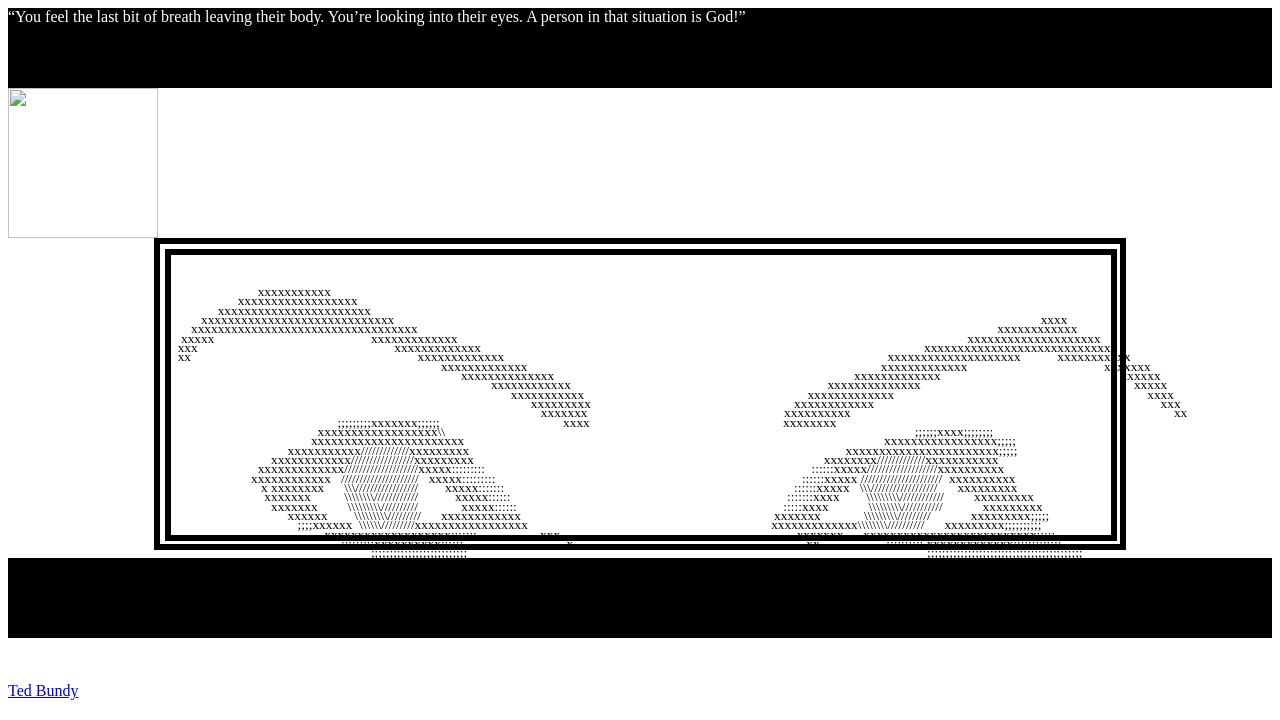
Repository: ConnyPinto/connypinto.github.io
Page: composition.html
The author's editor kept a record of every edit. The page is drawn from the files as they stood at one moment, then again after the next edit.
The browser window is 1280 px wide. The pictures show the whole page.

Above is the page before.
Not found: tedbundy.gif

After the next edit:
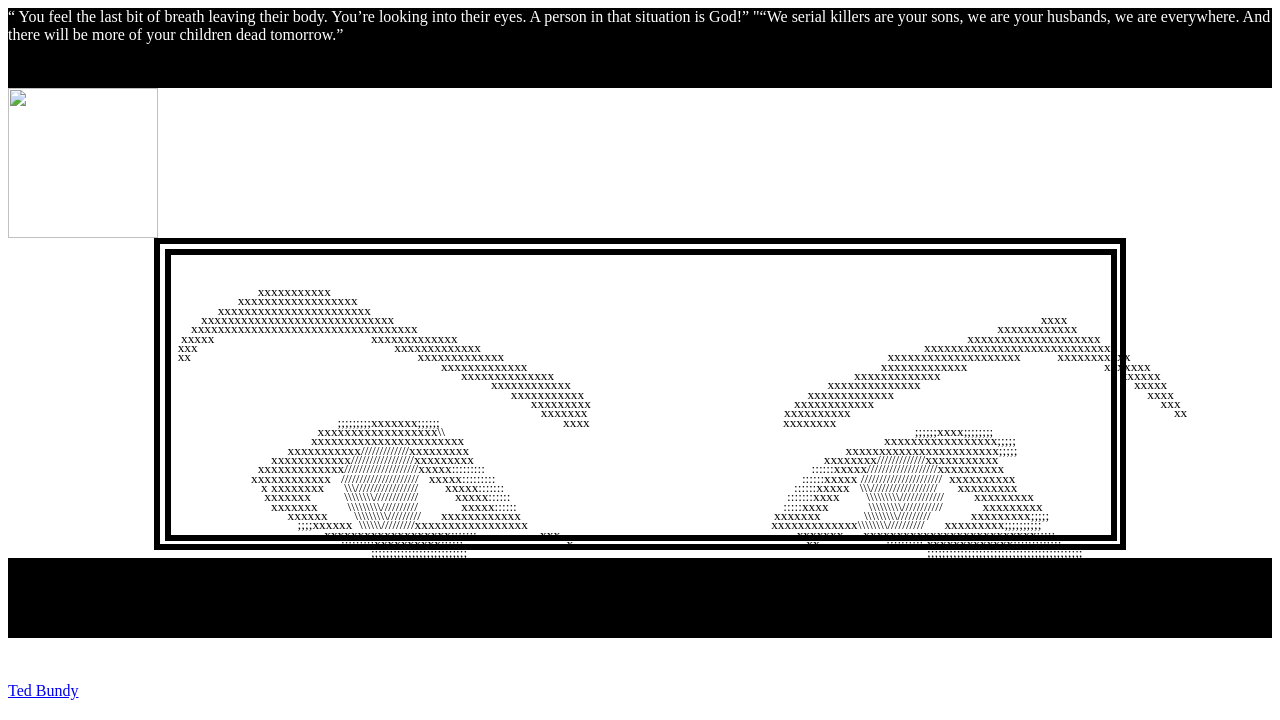
The edit:
--- a/composition.html
+++ b/composition.html
@@ -6,7 +6,7 @@
 
     </head>
 
-  <div style="height:80px;border:none;color:#fff;background-color:#000;">“You feel the last bit of breath leaving their body. You’re looking into their eyes. A person in that situation is God!”</div>
+  <div style="height:80px;border:none;color:#fff;background-color:#000;">“ You feel the last bit of breath leaving their body. You’re looking into their eyes. A person in that situation is God!” "“We serial killers are your sons, we are your husbands, we are everywhere. And there will be more of your children dead tomorrow.”</div>
 
   <img src="tedbundy.gif" style="height: 150px; display: inline-block"/>
 
